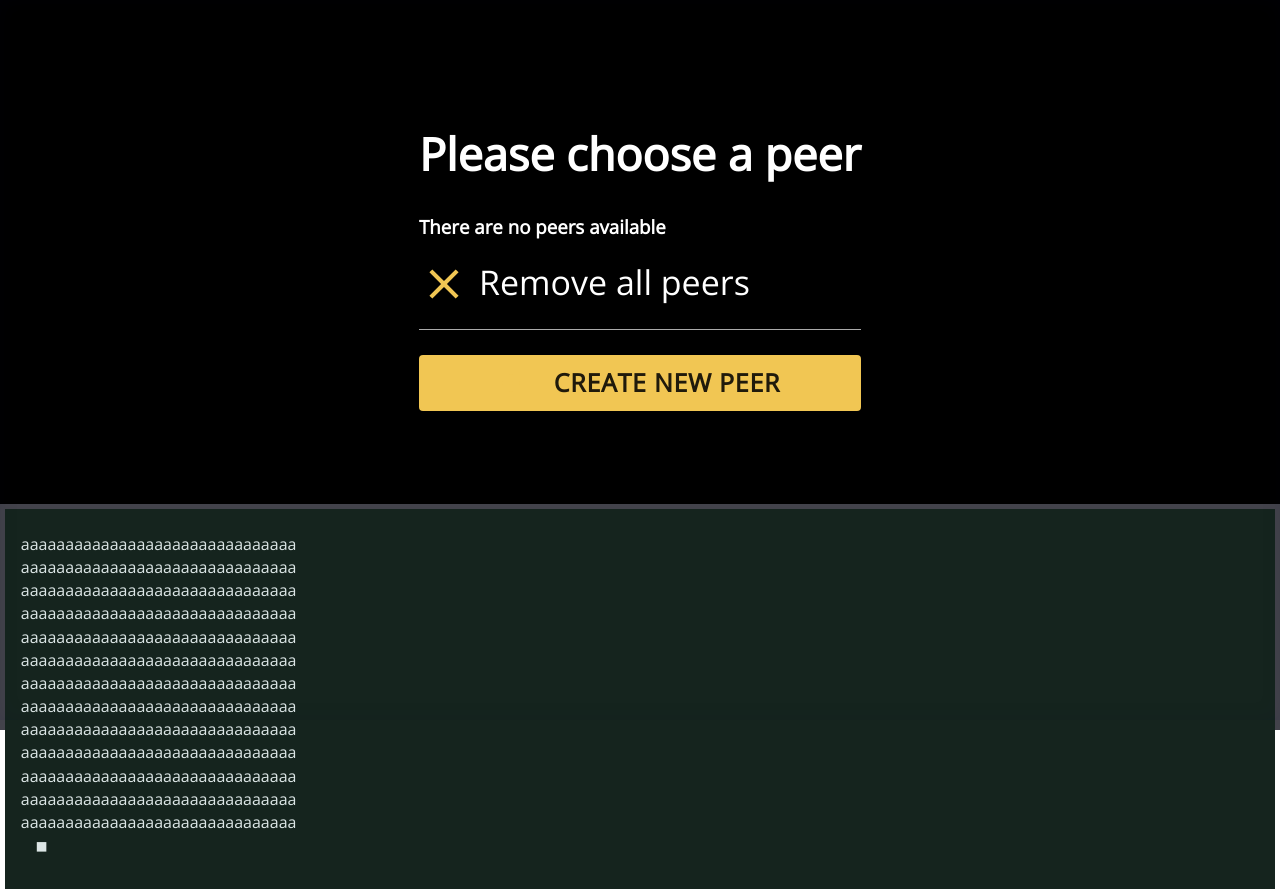
Repository: Bachdz/ASAP-Gui-Frontend
Page: /login
These files come from the project's save history. The page is drawn as it stood at one moment and after the next save; the edit follows.
The browser window is 1280 px wide. The pictures show the whole page.
The page's requests for data from a server got no answer. The project was rebuilt for these pictures with package versions that can differ from the ones it lists, and the page was loaded fresh each time. No one was signed in, and anything a server would have sent is missing. Also part of the build but not shown: src/css/loginscreen/Peer.css, src/components/fragments/Footer.js, src/components/mainscreen/subcomponents/Apps.js, src/css/mainscreen/Main.css, src/components/mainscreen/Main.js.

Above is the page before, as saved 2020-12-16 19:55:58.

### src/App.js
import React from 'react';



import { ReactComponent as Arrow } from './arrow.svg';
import Login from './components/loginscreen/Login';
import Main from './components/mainscreen/Main';
import { Link } from 'react-router-dom';
import Logo from './components/fragments/Footer';


import { BrowserRouter as Router, Route } from 'react-router-dom'

import './App.css';

function App() {
  return (
      <Router>
        <Route exact path="/" render={props => (
          <React.Fragment>
        <div className="container">

            <div className="content">
              <div id="box">
                <h1>Welcome to ASAP engine</h1>
                <Link to="/login"><Arrow id="next" /></Link>
              </div>
            </div>
          <Logo />
        </div>


          </React.Fragment>
        )} />
        <Route path="/login" component={Login} />
        <Route path="/main/user" component={Main} />

      </Router>
  );
}



export default App;

### src/components/loginscreen/Login.js
import React, { Component } from 'react';
import Peer from './subcomponents/Peer';
import CreateUser from './subcomponents/CreateUser';
import CloseIcon from '@material-ui/icons/Close';
import Alert from '@material-ui/lab/Alert';
import Snackbar from '@material-ui/core/Snackbar';
import Logo from '../fragments/Footer';
import Terminal from '../fragments/Terminal';



import '../../css/loginscreen/Login.css';
import axios from 'axios';



class Login extends Component {
    state = {
        peers: [],
        alertopen: false,
        alertmsg: '',
        alerttype: ''
    }

    componentDidMount() {
        axios.get('http://localhost:8080/api/v1/asap/peers')
            .then(res => this.setState({ peers: res.data }))
    }

    //create User
    addUser = (userName) => {
        let url = 'http://localhost:8080/api/v1/asap/peer?name=' + userName;
        axios.post(url)
            .then(res => this.setState({ peers: [...this.state.peers, res.data] }))
    }

    //remove all users
    removeAllUser = () => {
        axios.delete('http://localhost:8080/api/v1/asap/peers')
            .then(res => {
                if (res.data === false) {
                    this.setState({ alertopen: !this.state.alertopen, alertmsg: "Couldn't delete peers", alerttype: "error" });

                } else if (res.data === true) {
                    this.setState({ alertopen: !this.state.alertopen, alertmsg: "Deleted successfully ", alerttype: "success" });
                    axios.get('http://localhost:8080/api/v1/asap/peers')
                        .then(res => this.setState({ peers: res.data }))
                }



            }


            )


    }

    handleClose = (event, reason) => {
        this.setState({ alertopen: !this.state.alertopen });
    }


    render() {
        const { alertopen, alertmsg, alerttype } = this.state;
        return (
            <div>

                <div className="background-container">
                    <div className="content">
                        <div className="login-container">
                            <Snackbar anchorOrigin={{ vertical: 'top', horizontal: 'center' }} open={alertopen} autoHideDuration={2000} onClose={this.handleClose}>
                                <Alert onClose={this.handleClose} severity={alerttype}>
                                    {alertmsg}
                                </Alert>
                            </Snackbar>
                            <h1>Please choose a peer</h1>
                            <Peer peers={this.state.peers} />

                            <div id="remove-peer">
                                <CloseIcon id="remove" onClick={this.removeAllUser} /> Remove all peers
            </div>
                            <CreateUser addUser={this.addUser} />

                        </div>
                    </div>

                </div>
                <Terminal />

            </div>

        );
    }
}


export default Login;

### src/App.css
@import url('https://fonts.googleapis.com/css?family=Open+Sans');
body {
  font-family: "Open Sans", sans-serif;

}

#box {
  text-align: center;
}

.content {
  min-height: 70vh;
  display: flex;
  align-items: center;
}

.container {
  display: flex;
  align-items: center;
  justify-content: center;
  flex-direction: column;
  background-color: #000000;
  color: #ffffff;
  height: 100vh;
  margin:0;
}

footer {
 margin-top:auto;
 width: 100vw;
}



#next {
  cursor: "pointer";
  transition: transform 330ms ease-in-out;

}
#next:hover {
  cursor: pointer;
  -ms-transform: scale(1.2); /* IE 9 */
  -webkit-transform: scale(1.2); /* Safari 3-8 */
  transform: scale(1.2);
}
h1 {
  font-size: 45px;
  text-align: center;
  animation: fadein 3s;
  -moz-animation: fadein 3s; /* Firefox */
  -webkit-animation: fadein 3s; /* Safari and Chrome */
  -o-animation: fadein 3s; /* Opera */
}
@keyframes fadein {
  from {
      opacity:0;
  }
  to {
      opacity:1;
  }
}
@-moz-keyframes fadein { /* Firefox */
  from {
      opacity:0;
  }
  to {
      opacity:1;
  }
}
@-webkit-keyframes fadein { /* Safari and Chrome */
  from {
      opacity:0;
  }
  to {
      opacity:1;
  }
}
@-o-keyframes fadein { /* Opera */
  from {
      opacity:0;
  }
  to {
      opacity: 1;
  }
}

### src/components/loginscreen/subcomponents/Peer.js
import React from 'react';
import '../../../css/loginscreen/Peer.css';
import AccountCircleIcon from '@material-ui/icons/AccountCircle';
import ArrowForwardIcon from '@material-ui/icons/ArrowForward';
// import { Redirect } from 'react-router-dom';
import { Link } from 'react-router-dom';

function Peer (props) {

        if (props.peers.length > 0) {
            return (
                props.peers.map((peer) => (
                    <div className="peer-container">
                        <AccountCircleIcon id="icon" />
                        {peer.name}
                        <Link to={{
                            pathname: '/main/user',
                            state: {
                                peer: peer.name
                            }
                        }}>
                            <ArrowForwardIcon id="forward" />
                        </Link>
                    </div>

                ))

            );


        } else {
            return (
                <h3>There are no peers available</h3>
            )
        }
    }





export default Peer;

### src/components/loginscreen/subcomponents/CreateUser.js
import React, {Component} from 'react';
import Button from '@material-ui/core/Button';
import AddIcon from '@material-ui/icons/Add';
import TextField from '@material-ui/core/TextField';
import Dialog from '@material-ui/core/Dialog';
import DialogActions from '@material-ui/core/DialogActions';
import DialogContent from '@material-ui/core/DialogContent';
import '../../../css/loginscreen/CreateUser.css';
import DialogContentText from '@material-ui/core/DialogContentText';

export class CreateUser extends Component {
    state = {
        open: false,
        error: false,
        username: ''
    }

    handleClickOpen = () => {
        this.setState({
            open: !this.state.open
        })
      };

    handleClose = (e) => {
        this.setState({
            open: !this.state.open
        })
    };

    onChange = (e) => this.setState({ [e.target.name]: e.target.value })

    onSubmit = (e) => {
        if (this.state.username !== '') {
            this.props.addUser(this.state.username);
            this.setState({username : ''});
            this.handleClose();
        } else {
            this.setState({error: true});
        }
    }

    render() {
    const { open,error } = this.state

    return (
        <div>

            <Button startIcon={<AddIcon id="addIcon" />} id="addButton" onClick={this.handleClickOpen}>Create new peer</Button>

            <Dialog open={open} onClose={this.handleClose} aria-labelledby="form-dialog-title">
                <DialogContent id="dialog">
                    <DialogContentText id="dialog-text">
                        Please enter your name
          </DialogContentText>
                    <TextField
                       error={this.state.error}
                     required
                        autoFocus
                        margin="dense"
                        name="username"
                        type="string"
                        label="Username"
                        helperText={error ===true  ? "username is required" : ""}
                        onChange={this.onChange}
                        fullWidth
                    />
                </DialogContent>
                <DialogActions id="dialog-action">
                    <Button onClick={this.onSubmit} id="button" color="primary">
                        Done
          </Button>
                </DialogActions>
            </Dialog>
        </div>
    );
}
}
export default CreateUser ;

### src/components/fragments/Terminal.js
import React from 'react'
import '../../css/Terminal.css';



export default function Terminal() {
    return (
        <div className="console">
            <pre className="i-has-teh-code">
                <p>aaaaaaaaaaaaaaaaaaaaaaaaaaaaaaa</p>
                <p>aaaaaaaaaaaaaaaaaaaaaaaaaaaaaaa</p>
                <p>aaaaaaaaaaaaaaaaaaaaaaaaaaaaaaa</p>
                <p>aaaaaaaaaaaaaaaaaaaaaaaaaaaaaaa</p>
                <p>aaaaaaaaaaaaaaaaaaaaaaaaaaaaaaa</p>
                <p>aaaaaaaaaaaaaaaaaaaaaaaaaaaaaaa</p>
                <p>aaaaaaaaaaaaaaaaaaaaaaaaaaaaaaa</p>
                <p>aaaaaaaaaaaaaaaaaaaaaaaaaaaaaaa</p>
                <p>aaaaaaaaaaaaaaaaaaaaaaaaaaaaaaa</p>
                <p>aaaaaaaaaaaaaaaaaaaaaaaaaaaaaaa</p>
                <p>aaaaaaaaaaaaaaaaaaaaaaaaaaaaaaa</p>
                <p>aaaaaaaaaaaaaaaaaaaaaaaaaaaaaaa</p>
                <p>aaaaaaaaaaaaaaaaaaaaaaaaaaaaaaa</p>

            </pre>
        </div>
    )
}

### src/css/loginscreen/Login.css
@import url('https://fonts.googleapis.com/css?family=Open+Sans');




.content {
    display: flex;
    align-items: center;
    justify-content: center;
    flex-direction: column;
    background-color: #000000;
    color: #ffffff;
    margin:0;
  }

footer {
   margin-top:auto;
   width: 100vw;
  }




#remove {
    cursor: pointer;
    color: #F1C653;
    float: left;
    font-size: 50px;
    margin-right: 10px;
}

#remove:hover {
    cursor: pointer;
    -ms-transform: scale(1.2); /* IE 9 */
    -webkit-transform: scale(1.2); /* Safari 3-8 */
    transform: scale(1.2);
  }

#remove-peer {
    width: 100%;
    border-bottom: 1px solid #aaa;
    padding-bottom:20px;
    margin-top: 20px;
    display: flex;
    font-size: 34px;
    animation: fadein 3.5s;
    -moz-animation: fadein 3.5s; /* Firefox */
    -webkit-animation: fadein 3.5s; /* Safari and Chrome */
    -o-animation: fadein 3.5s; /* Opera */
}

### src/css/loginscreen/CreateUser.css
@import url('https://fonts.googleapis.com/css?family=Open+Sans');
* {
    font-family:"Open Sans", sans-serif ;
}
#addButton{
    z-index: 99;
    margin-top:25px;
    background-color: #F1C653;
    width: 100%;
    font-size:25px;
    font-weight: bolder;
}

#addIcon {
    font-size: 26px;
}
#dialog {

}
#dialog-text {
    font-family:"Open Sans", sans-serif ;
    color: #000000;

    text-align: center;
}
#button {
    background-color: #F1C653;
    color: #000000;
    width: 50%;
    font-size:15px;
    font-weight: bolder;
}

### src/css/Terminal.css
@charset "UTF-8";
@-webkit-keyframes waiting {
    0% {
        opacity: 0;
    }
    35%,
    75% {
        opacity: 1;
    }
    100% {
        opacity: 0;
    }
}

@keyframes waiting {
    0% {
        opacity: 0;
    }
    35%,
    75% {
        opacity: 1;
    }
    100% {
        opacity: 0;
    }
}

@-webkit-keyframes joltBG {
    0% {
        opacity: 0.3;
    }
    22%,
    26% {
        opacity: 0.2;
    }
    27%,
    45% {
        opacity: 0.4;
    }
    46%,
    76% {
        opacity: 0.5;
    }
    76%,
    78% {
        opacity: 0.05;
    }
    78% {
        opacity: 0.3;
    }
    100% {
        opacity: 0.3;
    }
}

@keyframes joltBG {
    0% {
        opacity: 0.3;
    }
    22%,
    26% {
        opacity: 0.2;
    }
    27%,
    45% {
        opacity: 0.4;
    }
    46%,
    76% {
        opacity: 0.5;
    }
    76%,
    78% {
        opacity: 0.05;
    }
    78% {
        opacity: 0.3;
    }
    100% {
        opacity: 0.3;
    }
}

.i-has-teh-code {
    overflow-y: scroll;
    white-space: pre-wrap;
    background: #15241e;
    color: #dce6e6;
    margin: 0 auto;
    font-family: Monaco, Consolas, "Lucida Console", monospace;
    padding: 1em 1em 2.5em 1em;
    line-height: 0.45;

}

.i-has-teh-code::-moz-selection {
    color: #141e1e;
    background: #dce6e6;
}

.i-has-teh-code::selection {
    color: #141e1e;
    background: #dce6e6;
}

.i-has-teh-code:before {
    position: absolute;
    pointer-events: none;
    top: 0;
    right: 0;
    bottom: 0;
    left: 0;
    background-color: rgba(50, 50, 80, 0.6);
    content: '';
    z-index: 100;
    box-shadow: inset 0px 0px 20px 0px rgba(0, 0, 60, 0.3);
    background: url('data:[embedded picture, 484 characters]');
    -webkit-animation-name: joltBG;
    animation-name: joltBG;
    -webkit-animation-duration: 10000ms;
    animation-duration: 10000ms;
    -webkit-animation-iteration-count: infinite;
    animation-iteration-count: infinite;
    -webkit-animation-timing-function: linear;
    animation-timing-function: linear;
}

.i-has-teh-code:after {
    position: relative;
    pointer-events: none;
    bottom: 0em;
    left: 0em;
    content: '■';
    padding: 1em;
    -webkit-animation-name: waiting;
    animation-name: waiting;
    -webkit-animation-duration: 1200ms;
    animation-duration: 1200ms;
    -webkit-animation-iteration-count: infinite;
    animation-iteration-count: infinite;
    -webkit-animation-timing-function: ease-in-out;
    animation-timing-function: ease-in-out;
}

.console {
    height: 30vh;
    background: rgba(20, 20, 30, 0.8);
    padding: 0.3em;
}

### src/css/mainscreen/Apps.css

#addIcon, #removeIcon {
    float:right;
    color: #F1C653;
    font-size: 30px;
    margin-right:20px;
}
.title {
    display:flex;
    align-items: center;
}


.parentList {
    margin-left:10px;
}

.main-items {
    font-size: 30px;
}

#apps {
    padding-left:50px;
}

.input {
    font-style: italic;
    width: 100%;
    border:none;
    outline: none;
    border-bottom: 2px solid #808080;
    background: #000000;
    color: #ffffff;
    width: 70%;
    margin-left:45px;
    font-size:20px;
}

.add {
    width: 100%;
    display:flex;
    color: #F1C653;
}

#checkicon {
    float: right;
}

#checkicon-inactive {
    color: #808080;
}

Loaded but not shown: public/index.html (common file); src/index.js (common file); src/index.css (common file); src/reportWebVitals.js (common file)

After the next save:
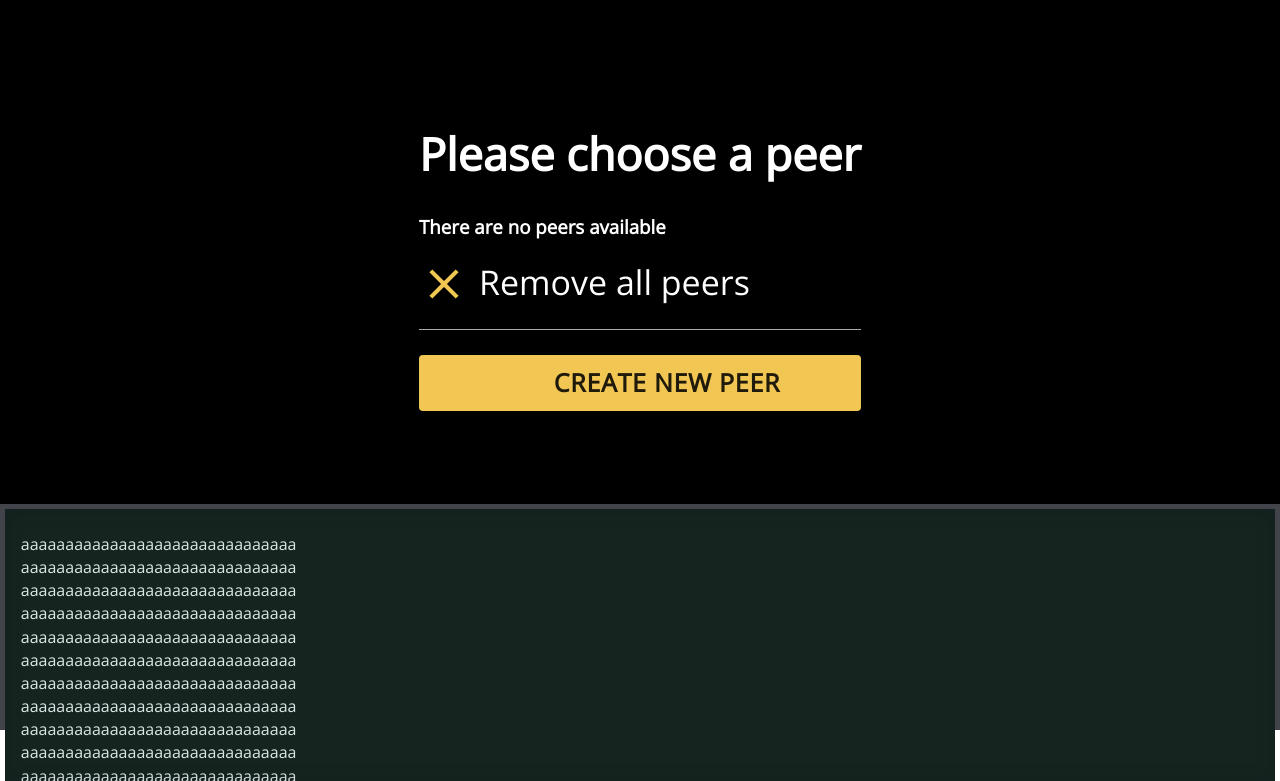
Saved 5 min 43 s later.
--- a/src/css/Terminal.css
+++ b/src/css/Terminal.css
@@ -82,6 +82,7 @@
 }
 
 .i-has-teh-code {
+    height: 30vh;
     overflow-y: scroll;
     white-space: pre-wrap;
     background: #15241e;
@@ -90,6 +91,7 @@
     font-family: Monaco, Consolas, "Lucida Console", monospace;
     padding: 1em 1em 2.5em 1em;
     line-height: 0.45;
+    position: relative;
 
 }
 
